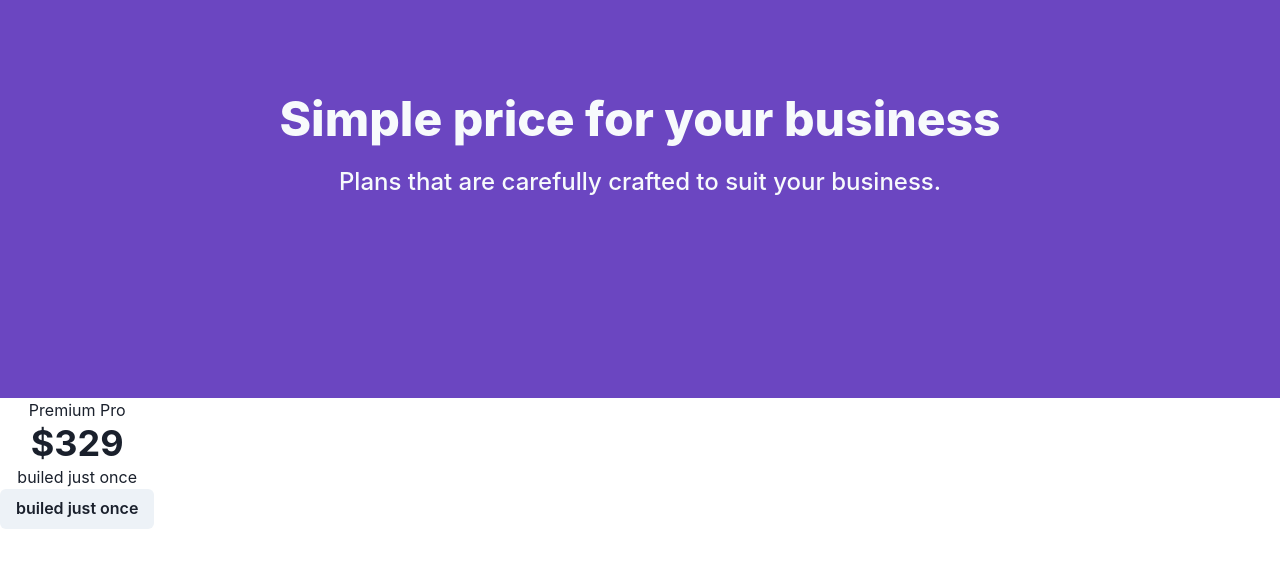
Repository: noutijo/learn-in-depth-chakra-ui
Page: /
These files come from the project's save history. The page is drawn as it stood at one moment and after the next save; the edit follows.
The browser window is 1280 px wide. The pictures show the whole page.
The project was rebuilt for these pictures with package versions that can differ from the ones it lists, and the page was loaded fresh each time. Also part of the build but not shown: vite.config.ts.

Above is the page before, as saved 2023-01-30 15:29:14.

After the next save:
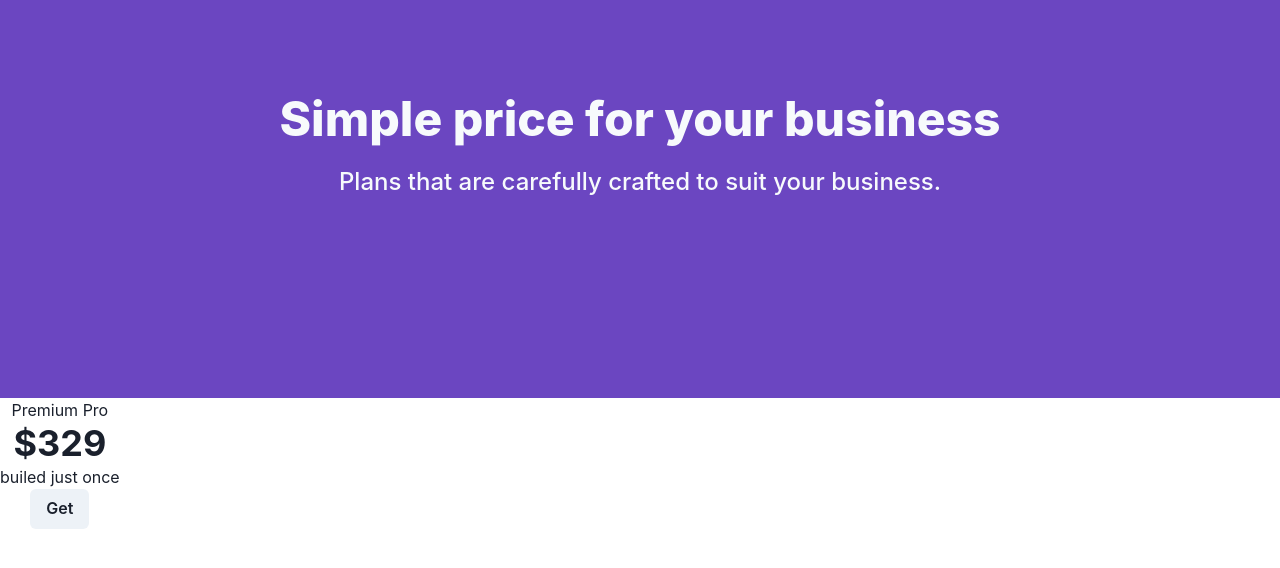
Saved 11 s later.
--- a/src/components/Pricing.tsx
+++ b/src/components/Pricing.tsx
@@ -9,7 +9,7 @@ export function Pricing() {
             <Text>Premium Pro</Text>
             <Heading>$329</Heading>
             <Text>builed just once</Text>
-            <Button>builed just once</Button>
+            <Button>Get </Button>
         </Box>
         <Box></Box>
       </Flex>
